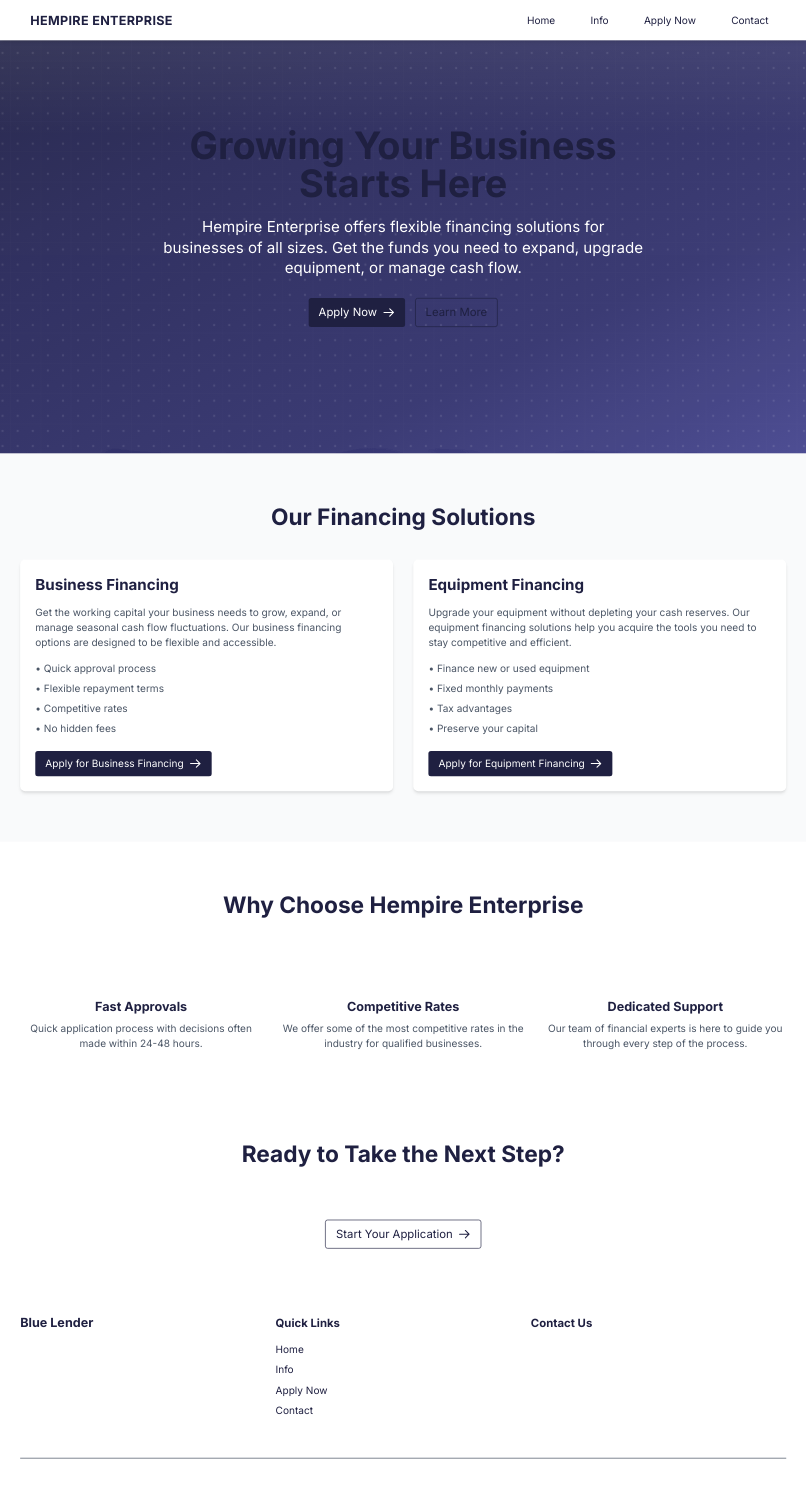
Repository: papykabukanyi/hellobluelender
Page: /
An editor plug-in stored every save of this project. The page is shown before and after the next save, followed by the edit.
The browser window is 1280 px wide. The pictures show the whole page, at 63% of full size.
The page's requests for data from a server got no answer. The project was rebuilt for these pictures with package versions that can differ from the ones it lists, and the page was loaded fresh each time. The framework's server and built-in components were replaced by stand-ins that run in the browser. No one was signed in, and anything a server would have sent is missing. Also part of the build but not shown: next.config.js, next.config.mjs, src/utils/gradientBackground.ts.

Above is the page before, as saved 2025-06-21 10:07:09.

### src/app/layout.tsx
import type { Metadata } from "next";
import { Inter } from "next/font/google";
import "./globals.css";
import Navbar from "@/components/Navbar";
import Footer from "@/components/Footer";
import { NextSeo } from "next-seo";
import InitializeApp from "@/components/InitializeApp";
import SchemaScript from "@/components/SchemaScript";

const inter = Inter({
  subsets: ["latin"],
  display: "swap",
  variable: "--font-inter",
});

export const metadata: Metadata = {
  title: "Hempire Enterprise - Business & Equipment Financing Solutions",
  description: "Hempire Enterprise provides flexible financing solutions for businesses. Apply online for equipment loans or business funding with competitive rates and quick approvals.",
  keywords: "business loans, equipment financing, business funding, commercial loans, small business loans, equipment leasing, hemp industry",
  authors: [{ name: "Hempire Enterprise" }],
  alternates: {
    canonical: "https://www.hempireenterprise.com",
  },
  metadataBase: new URL('https://www.hempireenterprise.com'),
  icons: {
    icon: [
      { url: '/favicon.svg', type: 'image/svg+xml' },
      { url: '/favicon.ico' }
    ],
    apple: [
      { url: '/favicon.svg', type: 'image/svg+xml' }
    ]
  },
  openGraph: {
    type: "website",
    locale: "en_US",
    url: "https://www.bluelender.com",
    title: "Blue Lender - Business & Equipment Financing Solutions",
    description: "Blue Lender provides flexible financing solutions for businesses. Apply online for equipment loans or business funding with competitive rates and quick approvals.",
    siteName: "Blue Lender",
    images: [
      {
        url: "https://www.bluelender.com/hero-background.jpg",
        width: 1200,
        height: 600,
        alt: "Blue Lender",
      }
    ],
  },
  twitter: {
    card: "summary_large_image",
    title: "Blue Lender - Business & Equipment Financing Solutions",
    description: "Blue Lender provides flexible financing solutions for businesses. Apply online for equipment loans or business funding with competitive rates and quick approvals.",
    creator: "@bluelender",
    images: ["https://www.bluelender.com/hero-background.jpg"],
  },
};

export default function RootLayout({
  children,
}: Readonly<{
  children: React.ReactNode;
}>) {
  return (
    <html lang="en" className={inter.variable}>
      <body className="flex flex-col min-h-screen">
        <SchemaScript />
        <InitializeApp />
        <Navbar />
        <main className="flex-grow pt-16">{children}</main>
        <Footer />
      </body>
    </html>
  );
}

### src/app/page.tsx
import Link from "next/link";
import GradientBackground from "@/components/GradientBackground";
import ApplyNowButton from "@/components/ApplyNowButton";

export default function Home() {
  return (
    <>
      {/* Hero Section */}
      <section
        style={{ marginTop: '-4rem' }} // To compensate for the navbar
      >
        <div className="relative h-screen flex items-center justify-center">
          <GradientBackground className="absolute inset-0" />
          <div className="container-custom z-10 text-center">
            <h1 className="text-4xl md:text-5xl lg:text-6xl font-bold mb-6 text-white">
              Growing Your Business <br /> Starts Here
            </h1>
            <p className="text-xl md:text-2xl mb-8 max-w-3xl mx-auto text-white">
              Hempire Enterprise offers flexible financing solutions for businesses of all sizes.
              Get the funds you need to expand, upgrade equipment, or manage cash flow.
            </p>
            <div className="flex flex-col sm:flex-row gap-4 justify-center">
              <ApplyNowButton
                href="/application"
                className="btn-primary text-lg px-8 py-3 hover:scale-105 transition-transform"
              >
                Apply Now
              </ApplyNowButton>
              <Link href="/info" className="btn-outline text-lg px-8 py-3 text-white border-white hover:bg-white hover:bg-opacity-10 transition-colors">
                Learn More
              </Link>
            </div>
          </div>
        </div>
      </section>

      {/* Loan Types Section */}
      <section className="py-20 bg-gray-50">
        <div className="container-custom">
          <h2 className="text-3xl md:text-4xl font-bold mb-12 text-center">Our Financing Solutions</h2>

          <div className="grid md:grid-cols-2 gap-8">
            {/* Business Loan Card */}
            <div className="card hover:shadow-lg transition-shadow">
              <h3 className="text-2xl font-bold mb-4">Business Financing</h3>
              <p className="mb-4 text-gray-600">
                Get the working capital your business needs to grow, expand, or manage seasonal cash flow fluctuations.
                Our business financing options are designed to be flexible and accessible.
              </p>
              <ul className="mb-6 space-y-2 text-gray-600">
                <li>• Quick approval process</li>
                <li>• Flexible repayment terms</li>
                <li>• Competitive rates</li>
                <li>• No hidden fees</li>
              </ul>
              <ApplyNowButton
                href="/application?type=business"
                className="btn-primary inline-block hover:scale-105 transition-transform"
              >
                Apply for Business Financing
              </ApplyNowButton>
            </div>

            {/* Equipment Loan Card */}
            <div className="card hover:shadow-lg transition-shadow">
              <h3 className="text-2xl font-bold mb-4">Equipment Financing</h3>
              <p className="mb-4 text-gray-600">
                Upgrade your equipment without depleting your cash reserves. Our equipment financing solutions
                help you acquire the tools you need to stay competitive and efficient.
              </p>
              <ul className="mb-6 space-y-2 text-gray-600">
                <li>• Finance new or used equipment</li>
                <li>• Fixed monthly payments</li>
                <li>• Tax advantages</li>
                <li>• Preserve your capital</li>
              </ul>
              <ApplyNowButton
                href="/application?type=equipment"
                className="btn-primary inline-block hover:scale-105 transition-transform"
              >
                Apply for Equipment Financing
              </ApplyNowButton>
            </div>
          </div>
        </div>
      </section>

      {/* Why Choose Us Section */}
      <section className="py-20">
        <div className="container-custom">
          <h2 className="text-3xl md:text-4xl font-bold mb-12 text-center">Why Choose Hempire Enterprise</h2>

          <div className="grid md:grid-cols-3 gap-8">
            <div className="text-center">
              <div className="bg-primary text-white w-16 h-16 rounded-full flex items-center justify-center mx-auto mb-4">
                <svg xmlns="http://www.w3.org/2000/svg" className="h-8 w-8" fill="none" viewBox="0 0 24 24" stroke="currentColor">
                  <path strokeLinecap="round" strokeLinejoin="round" strokeWidth={2} d="M13 10V3L4 14h7v7l9-11h-7z" />
                </svg>
              </div>
              <h3 className="text-xl font-bold mb-2">Fast Approvals</h3>
              <p className="text-gray-600">Quick application process with decisions often made within 24-48 hours.</p>
            </div>

            <div className="text-center">
              <div className="bg-primary text-white w-16 h-16 rounded-full flex items-center justify-center mx-auto mb-4">
                <svg xmlns="http://www.w3.org/2000/svg" className="h-8 w-8" fill="none" viewBox="0 0 24 24" stroke="currentColor">
                  <path strokeLinecap="round" strokeLinejoin="round" strokeWidth={2} d="M12 8c-1.657 0-3 .895-3 2s1.343 2 3 2 3 .895 3 2-1.343 2-3 2m0-8c1.11 0 2.08.402 2.599 1M12 8V7m0 1v8m0 0v1m0-1c-1.11 0-2.08-.402-2.599-1M21 12a9 9 0 11-18 0 9 9 0 0118 0z" />
                </svg>
              </div>
              <h3 className="text-xl font-bold mb-2">Competitive Rates</h3>
              <p className="text-gray-600">We offer some of the most competitive rates in the industry for qualified businesses.</p>
            </div>

            <div className="text-center">
              <div className="bg-primary text-white w-16 h-16 rounded-full flex items-center justify-center mx-auto mb-4">
                <svg xmlns="http://www.w3.org/2000/svg" className="h-8 w-8" fill="none" viewBox="0 0 24 24" stroke="currentColor">
                  <path strokeLinecap="round" strokeLinejoin="round" strokeWidth={2} d="M17 8h2a2 2 0 012 2v6a2 2 0 01-2 2h-2v4l-4-4H9a1.994 1.994 0 01-1.414-.586m0 0L11 14h4a2 2 0 002-2V6a2 2 0 00-2-2H5a2 2 0 00-2 2v6a2 2 0 002 2h2v4l.586-.586z" />
                </svg>
              </div>
              <h3 className="text-xl font-bold mb-2">Dedicated Support</h3>
              <p className="text-gray-600">Our team of financial experts is here to guide you through every step of the process.</p>
            </div>
          </div>
        </div>
      </section>

      {/* CTA Section */}
      <section className="py-16 bg-primary text-white">
        <div className="container-custom text-center">
          <h2 className="text-3xl md:text-4xl font-bold mb-6 text-white">Ready to Take the Next Step?</h2>
          <p className="text-xl mb-8 max-w-2xl mx-auto">
            Apply today and get the financing your business needs to succeed.
          </p>
          <ApplyNowButton
            href="/application"
            className="btn-outline text-white border-white text-lg px-8 py-3 hover:bg-white hover:text-primary hover:bg-opacity-90 transition-colors"
          >
            Start Your Application
          </ApplyNowButton>
        </div>
      </section>
    </>
  );
}

### src/app/globals.css
@import "tailwindcss";

:root {
  --background: #ffffff;
  --foreground: #1F2041;
}

body {
  background: var(--background);
  color: var(--foreground);
  font-family: 'Inter', Arial, Helvetica, sans-serif;
}

/* Utility Classes */
.btn-primary {
  background-color: #1F2041;
  color: white;
  padding: 0.5rem 1rem;
  border-radius: 0.25rem;
  transition-property: background-color;
  transition-duration: 200ms;
}

.btn-primary:hover {
  background-color: #33355e;
}

.btn-outline {
  border: 1px solid #1F2041;
  color: #1F2041;
  padding: 0.5rem 1rem;
  border-radius: 0.25rem;
  transition-property: background-color, color;
  transition-duration: 200ms;
}

.btn-outline:hover {
  background-color: #1F2041;
  color: white;
}

.card {
  background-color: white;
  padding: 1.5rem;
  border-radius: 0.5rem;
  box-shadow: 0 4px 6px -1px rgba(0, 0, 0, 0.1), 0 2px 4px -1px rgba(0, 0, 0, 0.06);
}

.form-input {
  width: 100%;
  border-radius: 0.25rem;
  border-color: #d1d5db;
}

.form-input:focus {
  border-color: #1F2041;
  outline: none;
  box-shadow: 0 0 0 3px rgba(31, 32, 65, 0.2);
}

.container-custom {
  width: 100%;
  margin-left: auto;
  margin-right: auto;
  padding-left: 1rem;
  padding-right: 1rem;
}

@media (min-width: 640px) {
  .container-custom {
    padding-left: 1.5rem;
    padding-right: 1.5rem;
  }
}

@media (min-width: 1024px) {
  .container-custom {
    padding-left: 2rem;
    padding-right: 2rem;
  }
}

h1, h2, h3, h4, h5, h6 {
  font-weight: 700;
  color: #1F2041;
}

a {
  color: #1F2041;
  transition-property: color;
  transition-duration: 200ms;
}

a:hover {
  color: #33355e;
}

### src/components/Navbar.tsx
import Link from 'next/link';
import { ReactNode } from 'react';

interface NavbarProps {
  transparent?: boolean;
}

export default function Navbar({ transparent = false }: NavbarProps) {
  const navClass = transparent
    ? 'bg-transparent text-white'
    : 'bg-white text-primary shadow-md';

  return (
    <nav className={`fixed top-0 left-0 right-0 z-50 px-4 transition-all duration-300 ${navClass}`}>
      <div className="container-custom flex items-center justify-between h-16">
        <div className="flex items-center">          <Link href="/" className="text-xl font-bold font-impact tracking-wide">
            HEMPIRE ENTERPRISE
          </Link>
        </div>

        <div className="hidden md:flex space-x-8">
          <Link href="/" className="hover:text-white hover:bg-primary px-3 py-2 rounded transition-all">
            Home
          </Link>
          <Link href="/info" className="hover:text-white hover:bg-primary px-3 py-2 rounded transition-all">
            Info
          </Link>
          <Link href="/application" className="hover:text-white hover:bg-primary px-3 py-2 rounded transition-all">
            Apply Now
          </Link>
          <Link href="/contact" className="hover:text-white hover:bg-primary px-3 py-2 rounded transition-all">
            Contact
          </Link>
        </div>

        <div className="md:hidden">
          <button className="p-2">
            <svg xmlns="http://www.w3.org/2000/svg" className="h-6 w-6" fill="none" viewBox="0 0 24 24" stroke="currentColor">
              <path strokeLinecap="round" strokeLinejoin="round" strokeWidth={2} d="M4 6h16M4 12h16M4 18h16" />
            </svg>
          </button>
        </div>
      </div>
    </nav>
  );
}

### src/components/Footer.tsx
import Link from 'next/link';

export default function Footer() {
  return (
    <footer className="bg-primary text-white pt-10 pb-6">
      <div className="container-custom">
        <div className="flex flex-wrap">
          <div className="w-full md:w-1/3 mb-6">
            <h3 className="text-xl font-bold mb-4 text-white">Blue Lender</h3>
            <p className="mb-4 text-white">
              Helping businesses grow with flexible financing solutions.
              We provide equipment and business financing that fits your needs.
            </p>
          </div>

          <div className="w-full md:w-1/3 mb-6">
            <h4 className="text-lg font-bold mb-4 text-white">Quick Links</h4>
            <ul className="space-y-2">
              <li>
                <Link href="/" className="text-white hover:text-gray-300">
                  Home
                </Link>
              </li>
              <li>
                <Link href="/info" className="text-white hover:text-gray-300">
                  Info
                </Link>
              </li>
              <li>
                <Link href="/application" className="text-white hover:text-gray-300">
                  Apply Now
                </Link>
              </li>
              <li>
                <Link href="/contact" className="text-white hover:text-gray-300">
                  Contact
                </Link>
              </li>
            </ul>
          </div>

          <div className="w-full md:w-1/3 mb-6">
            <h4 className="text-lg font-bold mb-4 text-white">Contact Us</h4>
            <address className="not-italic">
              <p className="mb-2 text-white">123 Finance Street</p>
              <p className="mb-2 text-white">New York, NY 10001</p>
              <p className="mb-2 text-white">Phone: (555) 123-4567</p>
              <p className="mb-2 text-white">Email: info@bluelender.com</p>
            </address>
          </div>
        </div>

        <div className="border-t border-gray-700 mt-8 pt-6 text-center">
          <p className="text-white">&copy; {new Date().getFullYear()} Blue Lender. All rights reserved.</p>
        </div>
      </div>
    </footer>
  );
}

### src/components/InitializeApp.tsx
'use client';

import { useEffect, useState } from 'react';

export default function InitializeApp() {
  const [initialized, setInitialized] = useState(false);

  useEffect(() => {
    const initializeAdmin = async () => {
      try {
        const response = await fetch('/api/admin/initialize');
        const data = await response.json();

        if (data.success) {
          console.log('Admin data initialized successfully');
        } else {
          console.error('Failed to initialize admin data');
        }
      } catch (error) {
        console.error('Error initializing admin data:', error);
      } finally {
        setInitialized(true);
      }
    };

    initializeAdmin();
  }, []);

  // This component doesn't render anything visible
  return null;
}

### src/components/SchemaScript.tsx
'use client';

import Script from 'next/script';

export default function SchemaScript() {
  // Organization schema
  const organizationSchema = {
    '@context': 'https://schema.org',
    '@type': 'FinancialService',
    name: 'Blue Lender',
    url: 'https://www.bluelender.com',
    logo: 'https://www.bluelender.com/favicon.svg',
    description: 'Blue Lender provides flexible financing solutions for businesses. Apply online for equipment loans or business funding with competitive rates and quick approvals.',
    address: {
      '@type': 'PostalAddress',
      streetAddress: '123 Main Street',
      addressLocality: 'New York',
      addressRegion: 'NY',
      postalCode: '10001',
      addressCountry: 'US'
    },
    contactPoint: {
      '@type': 'ContactPoint',
      telephone: '+1-555-123-4567',
      contactType: 'customer service'
    },
    sameAs: [
      'https://www.facebook.com/bluelender',
      'https://twitter.com/bluelender',
      'https://www.linkedin.com/company/bluelender'
    ],
    areaServed: 'US',
    priceRange: '$$'
  };

  return (
    <Script
      id="schema-org-data"
      type="application/ld+json"
      dangerouslySetInnerHTML={{ __html: JSON.stringify(organizationSchema) }}
    />
  );
}

### src/components/GradientBackground.tsx
'use client';

import { CSSProperties, useEffect, useState } from 'react';
import createGradientBg from '@/utils/gradientBackground';

export default function GradientBackground({
  className,
  style,
  children
}: {
  className?: string;
  style?: CSSProperties;
  children?: React.ReactNode;
}) {
  const [dataUrl, setDataUrl] = useState<string>('');

  useEffect(() => {
    // Create SVG and convert to data URL
    const svgContent = createGradientBg();
    const dataUrl = `data:[embedded picture, 64 characters])}`;
    setDataUrl(dataUrl);
  }, []);

  return (
    <div
      className={className}
      style={{
        ...style,
        backgroundImage: dataUrl ? `url("${dataUrl}")` : undefined,
        backgroundSize: 'cover',
        backgroundPosition: 'center',
        color: 'white' // Ensure text is white as requested
      }}
    >
      {children}
    </div>
  );
}

### src/components/ApplyNowButton.tsx
'use client';

import { useState } from 'react';
import { useRouter } from 'next/navigation';

type ApplyNowButtonProps = {
  href: string;
  className?: string;
  children: React.ReactNode;
};

export default function ApplyNowButton({ href, className = '', children }: ApplyNowButtonProps) {
  const [isLoading, setIsLoading] = useState(false);
  const router = useRouter();

  const handleClick = (e: React.MouseEvent<HTMLAnchorElement>) => {
    e.preventDefault();
    setIsLoading(true);

    // Simulate loading for better UX
    setTimeout(() => {
      router.push(href);
    }, 500);
  };

  return (
    <a
      href={href}
      onClick={handleClick}
      className={`${className} inline-flex items-center justify-center`}
    >
      {isLoading ? (
        <span className="flex items-center">
          <svg
            className="animate-spin -ml-1 mr-3 h-5 w-5 text-white"
            xmlns="http://www.w3.org/2000/svg"
            fill="none"
            viewBox="0 0 24 24"
          >
            <circle
              className="opacity-25"
              cx="12"
              cy="12"
              r="10"
              stroke="currentColor"
              strokeWidth="4"
            ></circle>
            <path
              className="opacity-75"
              fill="currentColor"
              d="M4 12a8 8 0 018-8V0C5.373 0 0 5.373 0 12h4zm2 5.291A7.962 7.962 0 014 12H0c0 3.042 1.135 5.824 3 7.938l3-2.647z"
            ></path>
          </svg>
          Loading...
        </span>
      ) : (
        <span className="flex items-center">
          {children}
          <svg className="ml-2 h-5 w-5" xmlns="http://www.w3.org/2000/svg" fill="none" viewBox="0 0 24 24" stroke="currentColor">
            <path strokeLinecap="round" strokeLinejoin="round" strokeWidth={2} d="M14 5l7 7m0 0l-7 7m7-7H3" />
          </svg>
        </span>
      )}
    </a>
  );
}

After the next save:
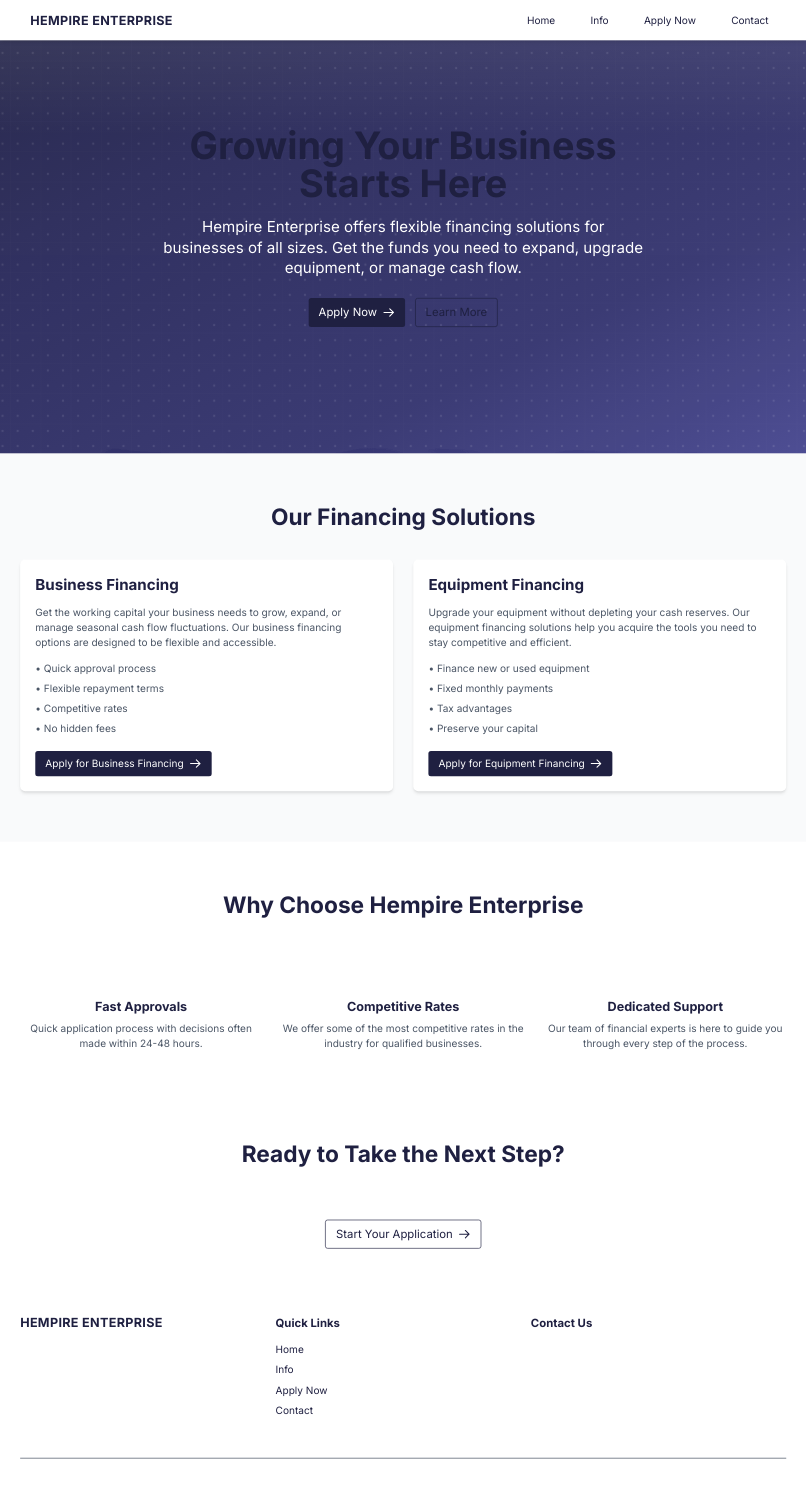
Saved 84 s later.
--- a/src/components/Footer.tsx
+++ b/src/components/Footer.tsx
@@ -5,8 +5,7 @@
     <footer className="bg-primary text-white pt-10 pb-6">
       <div className="container-custom">
         <div className="flex flex-wrap">
-          <div className="w-full md:w-1/3 mb-6">
-            <h3 className="text-xl font-bold mb-4 text-white">Blue Lender</h3>
+          <div className="w-full md:w-1/3 mb-6">            <h3 className="text-xl font-bold mb-4 text-white tracking-wide">HEMPIRE ENTERPRISE</h3>
             <p className="mb-4 text-white">
               Helping businesses grow with flexible financing solutions.
               We provide equipment and business financing that fits your needs.
